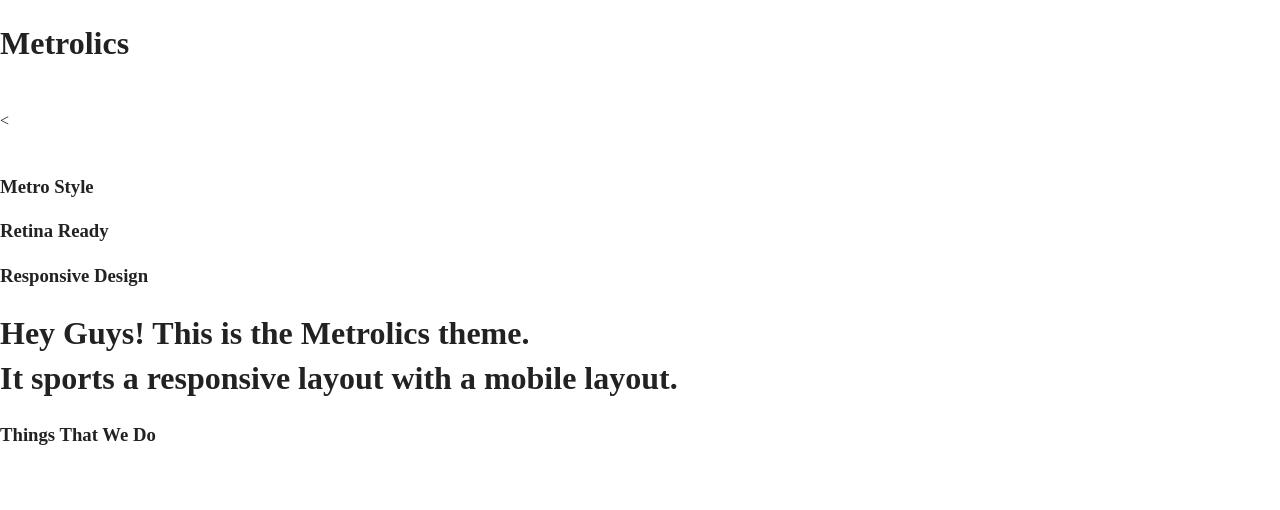
Repository: claudiashin/metrolics
Page: index.html
An editor plug-in stored every save of this project. The page is shown before and after the next save, followed by the edit.
The browser window is 1280 px wide. The pictures show the whole page.

Above is the page before, as saved 2021-01-26 23:57:59.

### index.html
<!doctype html>
<html class="no-js" lang="EN">

<head>
  <meta charset="utf-8">
  <title>MDIA 2003 Lab 3</title>
  <meta name="description" content="">
  <meta name="viewport" content="width=device-width, initial-scale=1">

  <link rel="manifest" href="site.webmanifest">
  <link rel="apple-touch-icon" href="icon.png">
  <!-- Place favicon.ico in the root directory -->

  <link rel="stylesheet" href="css/normalize.css">
  <link rel="stylesheet" href="css/main.css">
</head>

<body>
  <header>
    <div>
      <h1>Metrolics</h1>
      <img src="">
    </div>
    <div>
      <
    </div>
  </header>

  <section class="1">
    <div class="heroimg">
      <img src="">
    </div>
    <div class="">
      <h3>Metro Style</h2>
      <h3>Retina Ready</h2>
      <h3>Responsive Design</h2>
    </div>
  </section>

  <section class="2">
    <h1>
      Hey Guys! This is the <span class="textcol">Metrolics</span> theme.<br>
      It sports a responsive layout with a mobile layout.
    </h1>
  </section>

  <section class="3">
    <div class="container">
      <h3>Things That We Do</h3>
    </div>

  </section>

  <section class="4">

  </section>

  <section class="5">

  </section>

  <article class="6">

  </article>
</body>

</html>

### css/main.css
/*! HTML5 Boilerplate v8.0.0 | MIT License | https://html5boilerplate.com/ */

/* main.css 2.1.0 | MIT License | https://github.com/h5bp/main.css#readme */
/*
 * What follows is the result of much research on cross-browser styling.
 * Credit left inline and big thanks to Nicolas Gallagher, Jonathan Neal,
 * Kroc Camen, and the H5BP dev community and team.
 */

/* ==========================================================================
   Base styles: opinionated defaults
   ========================================================================== */

html {
  color: #222;
  font-size: 1em;
  line-height: 1.4;
}

/*
 * Remove text-shadow in selection highlight:
 * https://twitter.com/miketaylr/status/12228805301
 *
 * Vendor-prefixed and regular ::selection selectors cannot be combined:
 * https://stackoverflow.com/a/16982510/7133471
 *
 * Customize the background color to match your design.
 */

::-moz-selection {
  background: #b3d4fc;
  text-shadow: none;
}

::selection {
  background: #b3d4fc;
  text-shadow: none;
}

/*
 * A better looking default horizontal rule
 */

hr {
  display: block;
  height: 1px;
  border: 0;
  border-top: 1px solid #ccc;
  margin: 1em 0;
  padding: 0;
}

/*
 * Remove the gap between audio, canvas, iframes,
 * images, videos and the bottom of their containers:
 * https://github.com/h5bp/html5-boilerplate/issues/440
 */

audio,
canvas,
iframe,
img,
svg,
video {
  vertical-align: middle;
}

/*
 * Remove default fieldset styles.
 */

fieldset {
  border: 0;
  margin: 0;
  padding: 0;
}

/*
 * Allow only vertical resizing of textareas.
 */

textarea {
  resize: vertical;
}

/* ==========================================================================
   Author's custom styles
   ========================================================================== */

/* ==========================================================================
   Helper classes
   ========================================================================== */

/*
 * Hide visually and from screen readers
 */

.hidden,
[hidden] {
  display: none !important;
}

/*
 * Hide only visually, but have it available for screen readers:
 * https://snook.ca/archives/html_and_css/hiding-content-for-accessibility
 *
 * 1. For long content, line feeds are not interpreted as spaces and small width
 *    causes content to wrap 1 word per line:
 *    https://medium.com/@jessebeach/beware-smushed-off-screen-accessible-text-5952a4c2cbfe
 */

.sr-only {
  border: 0;
  clip: rect(0, 0, 0, 0);
  height: 1px;
  margin: -1px;
  overflow: hidden;
  padding: 0;
  position: absolute;
  white-space: nowrap;
  width: 1px;
  /* 1 */
}

/*
 * Extends the .sr-only class to allow the element
 * to be focusable when navigated to via the keyboard:
 * https://www.drupal.org/node/897638
 */

.sr-only.focusable:active,
.sr-only.focusable:focus {
  clip: auto;
  height: auto;
  margin: 0;
  overflow: visible;
  position: static;
  white-space: inherit;
  width: auto;
}

/*
 * Hide visually and from screen readers, but maintain layout
 */

.invisible {
  visibility: hidden;
}

/*
 * Clearfix: contain floats
 *
 * For modern browsers
 * 1. The space content is one way to avoid an Opera bug when the
 *    `contenteditable` attribute is included anywhere else in the document.
 *    Otherwise it causes space to appear at the top and bottom of elements
 *    that receive the `clearfix` class.
 * 2. The use of `table` rather than `block` is only necessary if using
 *    `:before` to contain the top-margins of child elements.
 */

.clearfix::before,
.clearfix::after {
  content: " ";
  display: table;
}

.clearfix::after {
  clear: both;
}

/* ==========================================================================
   EXAMPLE Media Queries for Responsive Design.
   These examples override the primary ('mobile first') styles.
   Modify as content requires.
   ========================================================================== */

@media only screen and (min-width: 35em) {
  /* Style adjustments for viewports that meet the condition */
}

@media print,
  (-webkit-min-device-pixel-ratio: 1.25),
  (min-resolution: 1.25dppx),
  (min-resolution: 120dpi) {
  /* Style adjustments for high resolution devices */
}

/* ==========================================================================
   Print styles.
   Inlined to avoid the additional HTTP request:
   https://www.phpied.com/delay-loading-your-print-css/
   ========================================================================== */

@media print {
  *,
  *::before,
  *::after {
    background: #fff !important;
    color: #000 !important;
    /* Black prints faster */
    box-shadow: none !important;
    text-shadow: none !important;
  }

  a,
  a:visited {
    text-decoration: underline;
  }

  a[href]::after {
    content: " (" attr(href) ")";
  }

  abbr[title]::after {
    content: " (" attr(title) ")";
  }

  /*
   * Don't show links that are fragment identifiers,
   * or use the `javascript:` pseudo protocol
   */
  a[href^="#"]::after,
  a[href^="javascript:"]::after {
    content: "";
  }

  pre {
    white-space: pre-wrap !important;
  }

  pre,
  blockquote {
    border: 1px solid #999;
    page-break-inside: avoid;
  }

  /*
   * Printing Tables:
   * https://web.archive.org/web/20180815150934/http://css-discuss.incutio.com/wiki/Printing_Tables
   */
  thead {
    display: table-header-group;
  }

  tr,
  img {
    page-break-inside: avoid;
  }

  p,
  h2,
  h3 {
    orphans: 3;
    widows: 3;
  }

  h2,
  h3 {
    page-break-after: avoid;
  }
}

Loaded but not shown: css/normalize.css (library)

After the next save:
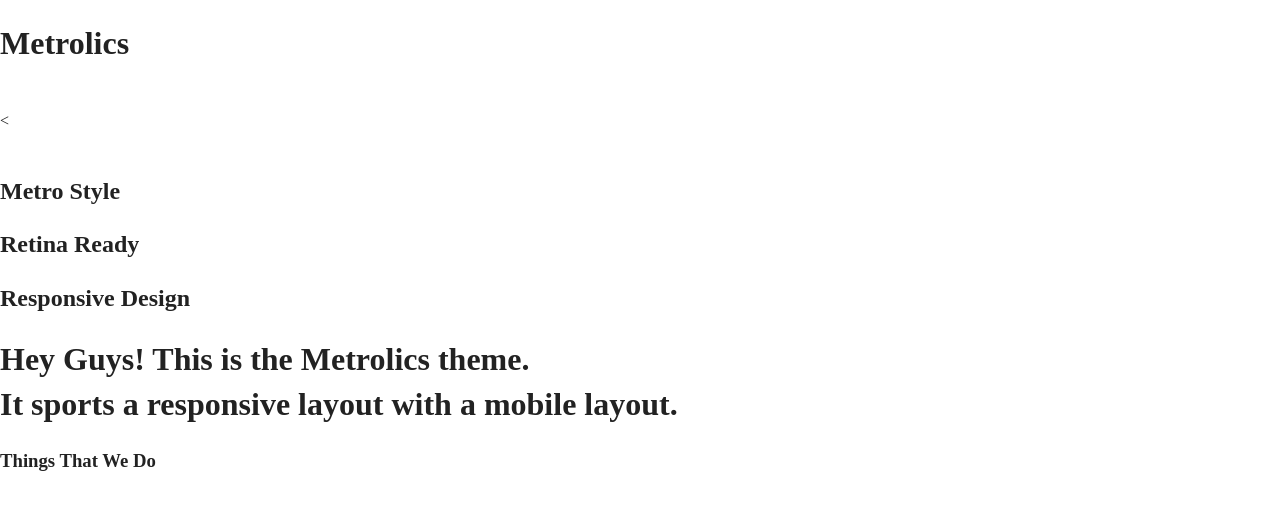
Saved 6 s later.
--- a/index.html
+++ b/index.html
@@ -31,9 +31,9 @@
       <img src="">
     </div>
     <div class="">
-      <h3>Metro Style</h2>
-      <h3>Retina Ready</h2>
-      <h3>Responsive Design</h2>
+      <h2>Metro Style</h2>
+      <h2>Retina Ready</h2>
+      <h2>Responsive Design</h2>
     </div>
   </section>
 
